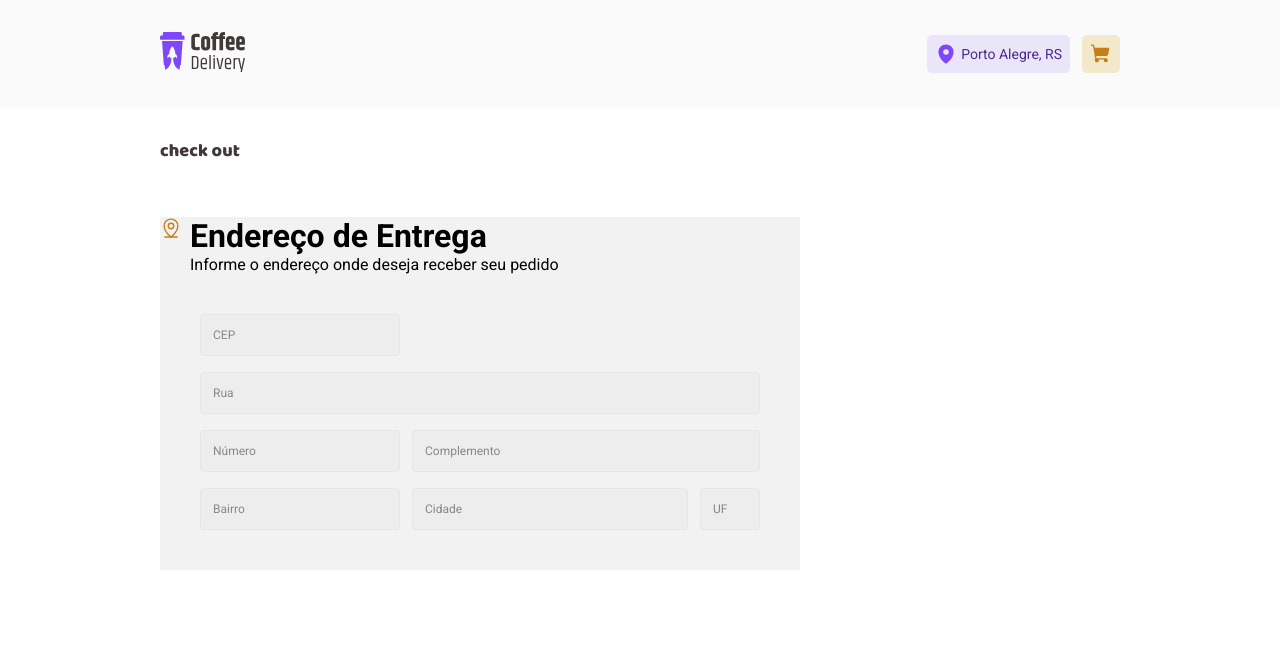
Repository: caueenrico/CoffeDelivery
Page: /checkout
The author's editor kept a copy of each file at every save. The page is drawn from the files as they stood at one save, then again after the next save.
The browser window is 1280 px wide. The pictures show the whole page.
The project was rebuilt for these pictures with package versions that can differ from the ones it lists, and the page was loaded fresh each time. Also part of the build but not shown: vite.config.ts, src/components/CoffesOptions/styled.ts, src/components/CoffeCards/styles.ts, src/components/IpuntNumber/styles.ts, src/components/IpuntNumber/index.tsx, src/components/CartOfCard/styles.ts, src/components/CartOfCard/index.tsx, src/utils/formatMoney.ts and 4 more.

Above is the page before, as saved 2022-09-22 15:25:56.

### index.html
<!DOCTYPE html>
<html lang="en">
  <head>
    <meta charset="UTF-8" />

    <link rel="preconnect" href="https://fonts.googleapis.com" />
    <link rel="preconnect" href="https://fonts.gstatic.com" crossorigin />
    <link
      href="https://fonts.googleapis.com/css2?family=Baloo+2:wght@700;800&family=Roboto:wght@400;700&display=swap"
      rel="stylesheet"
    />

    <link rel="icon" type="image/svg+xml" href="/vite.svg" />
    <meta name="viewport" content="width=device-width, initial-scale=1.0" />
    <title>Vite + React + TS</title>
  </head>
  <body>
    <div id="root"></div>
    <script type="module" src="/src/main.tsx"></script>
  </body>
</html>

### src/App.tsx
import { BrowserRouter } from "react-router-dom";
import { ThemeProvider } from "styled-components";
import { Router } from "./Router";
import { defaultTheme } from "./styles/themes/default";
import { GlobalStyle } from "./styles/themes/global";

export function App() {
  return (
    <ThemeProvider theme={defaultTheme}>
      <BrowserRouter>
        <Router />
      </BrowserRouter>
      <GlobalStyle />
    </ThemeProvider>
  );
}

### src/Router.tsx
import { Routes, Route } from 'react-router-dom'
import { DefaultLayout } from './layouts/DefaultLayout'
import { CheckOut } from './pages/CheckOut'
import { Home } from './pages/Home'



export function Router() {
  return (
    <Routes>
      <Route path="/" element={<DefaultLayout />}>
        <Route path="/" element={<Home />} />
        <Route path="/checkout" element={<CheckOut />} />
      </Route>
    </Routes>
  )
}

### src/styles/themes/default.ts
export const defaultTheme = {
  white: '#FFFFFF',

  // PRODUTOS
  'yellow-dark': '#C47F17',
  'yellow': '#DBAC2C',
  'yellow-light': '#F1E9C9',

  'purple-dark': '#4B2995',
  'purple': '#8047F8',
  'purple-light': '#EBE5F9',

  //BASE
  'title':'#272221',
  'subtitle': '#403937',
  'text':'#574F4D',
  'label':'#8D8686',
  'hover':'#D7D5D5',
  'button':'#E6E5E5',
  'input':'#EDEDED',
  'card':'#F3F2F2',
  'background':'#FAFAFA'
}

### src/styles/themes/global.ts
import { createGlobalStyle } from "styled-components";


export const GlobalStyle = createGlobalStyle`
  *{
    margin: 0;
    padding: 0;
    box-sizing: border-box;
  }

  :focus{
    outline: 0;
  }

  body{
    -webkit-font-smoothing: antialiased;
  }

  body,input,textarea,button{
    font-family: 'Roboto', sans-serif;
    font-weight: 400;
    font-size: 1rem;
  }

  input::-webkit-outer-spin-button,
  input::-webkit-inner-spin-button {
    -webkit-appearance: none;
    margin: 0;
  }
  input[type="number"] {
    -moz-appearance: textfield;
  }

`

### src/layouts/DefaultLayout/index.tsx
import { Outlet } from 'react-router-dom'
import { Header } from '../../components/Header'
import { LayoutContainer } from './styles'

export function DefaultLayout() {
  return (
    <div>
      <LayoutContainer>
        <Header />
        <Outlet />
      </LayoutContainer>
    </div>
  )
}

### src/pages/CheckOut/index.tsx
import { MapPinLine } from "phosphor-react";
import { useTheme } from "styled-components";
import { TilteText } from "../Home/styles";
import { AddressForm } from "./AddresForm";
import { TextCheck } from "./components/TextosCheck";
import { AddressFormContainer, ContainerCheckOut } from "./styles";

export function CheckOut() {
  return (
    <>
      <TilteText>check out</TilteText>

      <ContainerCheckOut>
        <TextCheck
          icon={<MapPinLine size={22} color="#C47F17" />}
          title="Endereço de Entrega"
          subtitle="Informe o endereço onde deseja receber seu pedido"
        />

        <AddressForm />

      </ContainerCheckOut>
    </>
  );
}

### src/components/Header/index.tsx
import { HeaderContainer, NavHeaders } from "./styles";
import logo from '../assets/logo.svg';
import { Locations } from "../Locations";
import { Cart } from "../Cart";
import { NavLink } from "react-router-dom";


export function Header() {
  return (
    <HeaderContainer>
      <NavLink to='/'>
      <img src={logo} alt="" />
      </NavLink>

      <NavHeaders>
        <Locations />
        <NavLink to='/checkout'>
          <Cart/>
        </NavLink>
      </NavHeaders>
    </HeaderContainer>
  );
}

### src/layouts/DefaultLayout/styles.ts
import styled from 'styled-components'

export const LayoutContainer = styled.div`

`

### src/pages/Home/styles.ts
import Background from '../assets/Background.png'

import styled from "styled-components";

export const BannerContainer = styled.div`

display: flex;
align-items: center;
justify-content: space-between;

padding: 94px 160px;

background-image: url(${Background});
background-position: center;
background-repeat: no-repeat;
background-size: cover;

`

export const TextContainer = styled.div`
 max-width: 588px;

 h1{
  font-family: 'Baloo 2';
  font-style: normal;
  font-weight: 800;
  font-size: 48px;
  line-height: 130%;
  color: ${props => props.theme['title']}
 }

  span {
    font-family: 'Roboto';
    font-weight: 400;
    font-size: 20px;
    line-height: 130%;
    color: ${props => props.theme['subtitle']}
  }




`

export const Benefist = styled.div `

  margin-top: 66px;
  max-width: 567px;
  color: ${props => props.theme['text']};

  ul {
    list-style-type: none;
    display: flex;
    gap: 40px;

  }

  ul li{
    font-size: 16px;
    display: flex;
    align-items: center;
    margin-bottom: 20px;
    gap: 12px;


  }

  .test{
    width: 231px;
  }
`

export const ProductsContainer = styled.div`

  h1{
    font-family: 'Baloo 2';
    font-style: normal;
    font-weight: 800;
    font-size: 32px;
    line-height: 130%;

    margin-left: 160px;
    margin-top: 32px;
    margin-bottom: 54px;

    color:${props => props.theme['subtitle']}
  }



`

export const TilteText = styled.h1`
    font-family: 'Baloo 2';
    font-style: normal;
    font-weight: 800;
    font-size: 18px;
    line-height: 130%;

    margin-left: 160px;
    margin-top: 32px;
    margin-bottom: 54px;

    color:${props => props.theme['subtitle']}
`

### src/pages/CheckOut/AddresForm.tsx
import { InputForm } from "../../components/InpuitForm";
import { AddressFormContainer } from "./styles";



export function AddressForm(){
  return(
    <AddressFormContainer>
      <InputForm placeholder="CEP" type='number' className="cep"/>
      <InputForm placeholder="Rua" className="street"/>
      <InputForm placeholder="Número" type='number'/>
      <InputForm placeholder="Complemento" className="complemento"/>
      <InputForm placeholder="Bairro" />
      <InputForm placeholder="Cidade"/>
      <InputForm placeholder="UF"/>
    </AddressFormContainer>
  )
}

### src/pages/CheckOut/components/TextosCheck/index.tsx
import { ReactNode } from "react"
import { SectionTitleContainer } from "./styles"

interface TextCheckProps{
  title: string
  subtitle: string
  icon: ReactNode
}

export function TextCheck({title,subtitle,icon}: TextCheckProps){
  return(
    <SectionTitleContainer>
      {icon}
      <div>
        <h1>{title}</h1>
        <span>{subtitle}</span>
      </div>
    </SectionTitleContainer>
  )
}

### src/pages/CheckOut/styles.ts
import styled from "styled-components";

export const ContainerCheckOut = styled.div `

  margin-left: 160px;
  display: flex;
  flex-direction: column;
  max-width: 40rem;
  background: ${props => props.theme.card};
`

export const AddressFormContainer = styled.div`
  width: 100%;

  margin: 40px;
  display: grid;
  grid-template-columns: 12.5rem 17.25rem 3.75rem;
  column-gap: 0.75rem;
  row-gap: 1rem;
  grid-auto-flow: dense;

  .cep{
    grid-column: span 3;
    max-width: 12.5rem;
  }

  .street{
    grid-column: span 3;
  }

  .complemento {
    grid-column: span 2;
  }

`

### src/components/Header/styles.ts
import styled from "styled-components";

export const HeaderContainer = styled.div`

  min-height: 104px;

  display: flex;
  align-items: center;
  justify-content: space-between;

  padding: 32px 160px;

  background-color: ${props => props.theme['background']};

  position: sticky;
  top: 0;
  left: 0;
  z-index: 5;

`
export const NavHeaders = styled.nav`
  display: flex;
  gap: 12px;

`

### src/components/Locations/index.tsx
import { MapPin } from "phosphor-react";
import { LocationsContainer } from "./styles";


export function Locations (){

  return (
    <LocationsContainer>
        <MapPin size={22} weight='fill' color="#8047F8"/> Porto Alegre, RS
    </LocationsContainer>
  )
}

### src/components/Cart/index.tsx
import { ShoppingCart } from "phosphor-react";
import React from "react";
import { CartContainer } from "./styles";

export function Cart (){
  return(
    <CartContainer>
      <ShoppingCart size={22} weight='fill'/>
    </CartContainer>
  )
}

### src/components/InpuitForm/index.tsx
import { InputHTMLAttributes } from "react";
import { InputStyleContainer } from "./styles";

type InputProps = InputHTMLAttributes<HTMLInputElement>

export function InputForm({...props}:InputProps ){
  return(
    <InputStyleContainer {...props}/>
  )
}

### src/pages/CheckOut/components/TextosCheck/styles.ts
import styled from "styled-components";

export const SectionTitleContainer = styled.div`
  display: flex;
  gap: 0.5rem;
  margin

  div{
    h1{
      font-size: 0.875rem;
      font-weight: 400;
      color: ${props => props.theme.title};
    }
    span{
      font-size: 0.875rem;
      font-weight: 400;
      color: ${props => props.theme.text};
    }
  }

`

### src/components/Locations/styles.ts
import styled from "styled-components";

export const LocationsContainer = styled.div`
  border-radius: 5px;

  max-width: 143px;
  padding: 8px;
  font-size: 14px;

  background-color: ${props => props.theme['purple-light']};
  color: ${props => props.theme['purple-dark']};

  display: flex;
  justify-content: center;
  align-items: center;
  gap: 4px;



`

### src/components/Cart/styles.ts
import styled from "styled-components";

export const CartContainer = styled.button`
  max-width: 38px;
  max-height: 38px;
  border-radius: 5px;
  border: none;

  background-color: ${props => props.theme['yellow-light']};
  color: ${props => props.theme['yellow-dark']};

  display: flex;
  align-content: center;
  align-items: center;

  padding: 8px;

`

### src/components/InpuitForm/styles.ts
import styled from "styled-components";

export const InputStyleContainer = styled.input`
  height: 2.625rem;
  border-radius: 4px;
  border: 1px solid ${props => props.theme.button};
  background: ${props => props.theme.input};
  transition: 0.4s;

  &:focus{
    border-color: ${props => props.theme["yellow-dark"]};
  }

  color: ${props => props.theme["text"]};
  font-size: 00.75rem;
  padding: 0 0.75rem;

  &::placeholder{
    color: ${props => props.theme["label"]};
  }
`

Loaded but not shown: src/main.tsx (common file)

After the next save:
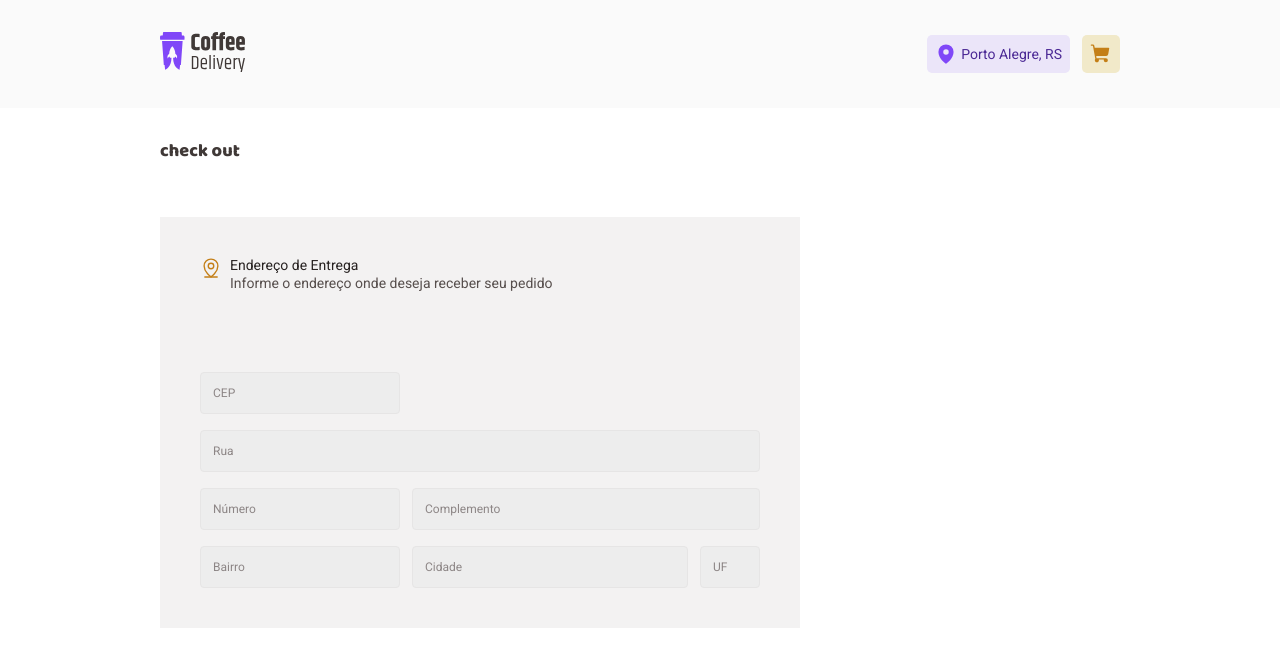
Saved 4 s later.
--- a/src/pages/CheckOut/components/TextosCheck/styles.ts
+++ b/src/pages/CheckOut/components/TextosCheck/styles.ts
@@ -3,7 +3,7 @@ import styled from "styled-components";
 export const SectionTitleContainer = styled.div`
   display: flex;
   gap: 0.5rem;
-  margin
+  margin: 40px;
 
   div{
     h1{
